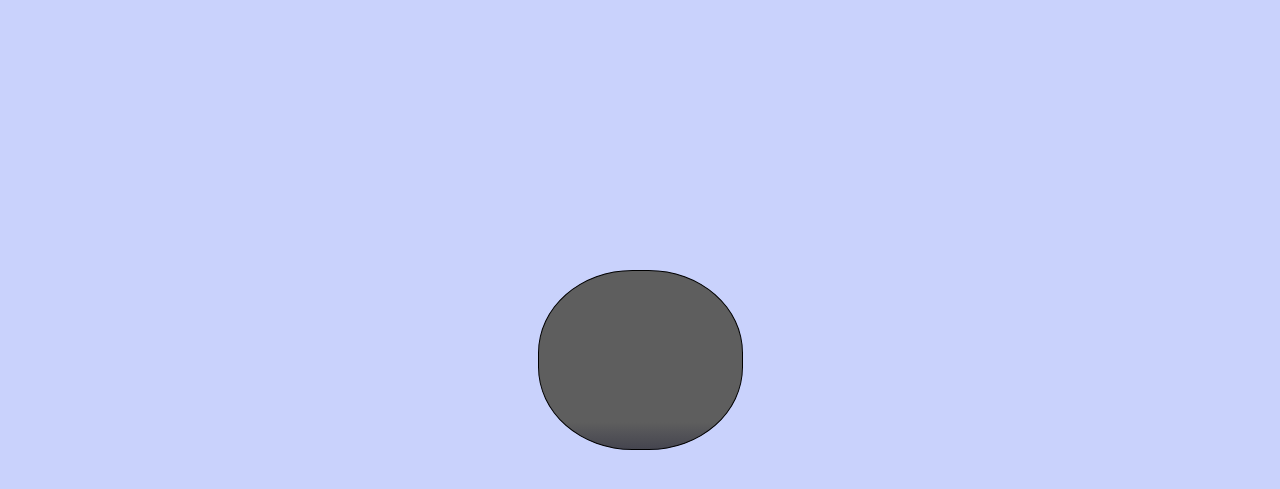
Repository: Lungdjos/cat_painting
Page: index.html
An editor plug-in stored every save of this project. The page is shown before and after a run of saves, followed by the edit.
The browser window is 1280 px wide. The pictures show the whole page.

Above is the page before, as saved 2023-11-07 23:28:45.

After the next 5 saves:
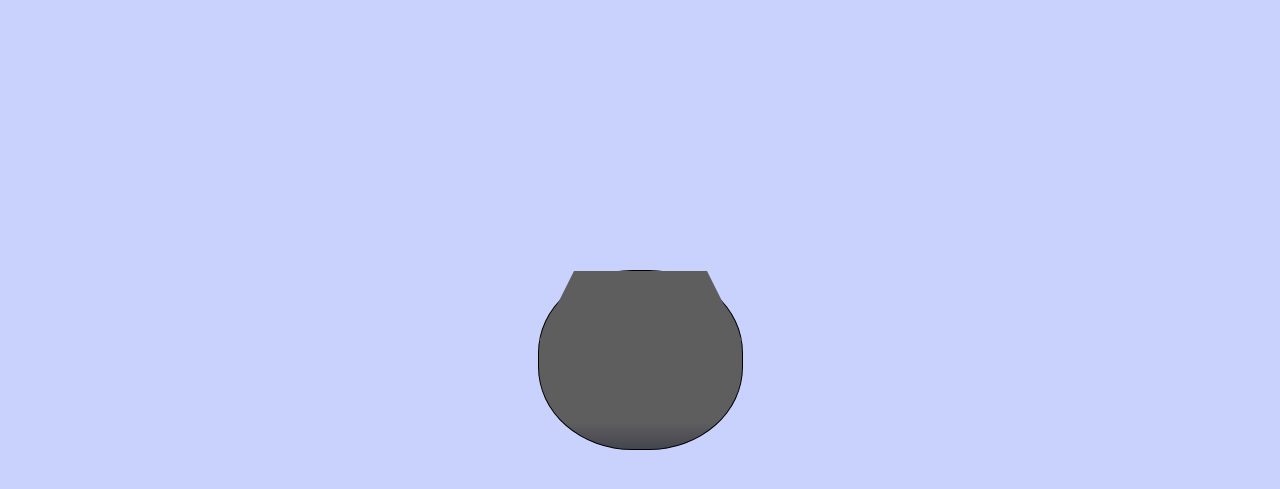
The 5 saves are shown as one change because they came seconds apart.
The last was saved 20 s later.
--- a/styles.css
+++ b/styles.css
@@ -35,5 +35,5 @@ body {
 .cat-left-ear {
     border-left: 35px solid transparent;
     border-right: 35px solid transparent;
-    border-bottom: ;
+    border-bottom: 70px solid #5e5e5e;
 }
